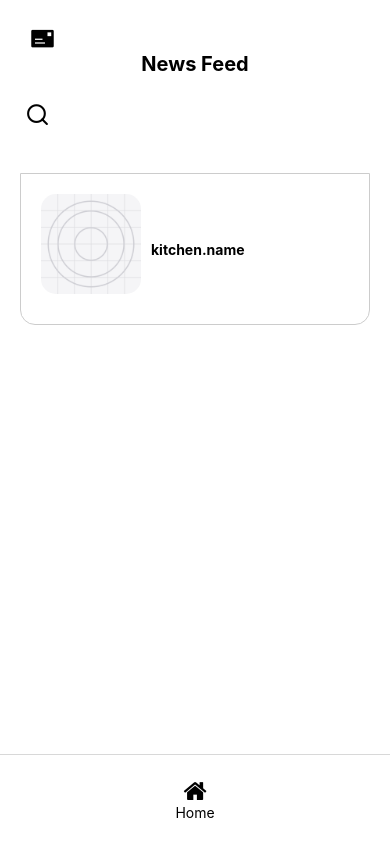
Repository: abdelrahman264/Via-Drive-Thru-Task
Screen: /Tabs
An editor plug-in stored every save of this project. The screen is shown before and after the next save, followed by the edit.
The app was drawn by React Native's web renderer in a window 390 px wide. The project was rebuilt for these pictures with package versions that can differ from the ones it lists, and the page was loaded fresh each time.

Above is the screen before, as saved 2022-05-12 14:00:14.

After the next save:
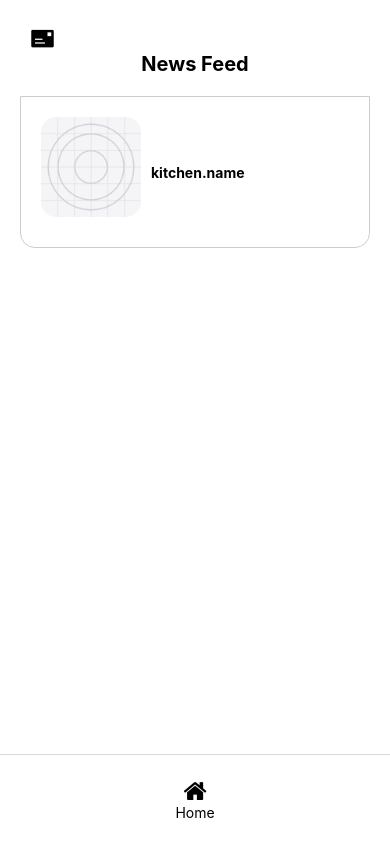
Saved 35 s later.
--- a/screens/HomeScreen.js
+++ b/screens/HomeScreen.js
@@ -32,14 +32,6 @@ const HomeScreen = ({ navigation }) => {
           color="#000"
         />
         <Text style={styles.headerText}>News Feed</Text>
-        <TouchableOpacity onPress={() => navigation.navigate("SearchScreen")}>
-          <Feather
-            style={{ padding: 25 }}
-            name="search"
-            size={25}
-            color="black"
-          />
-        </TouchableOpacity>
       </View>
 
       <ScrollView
